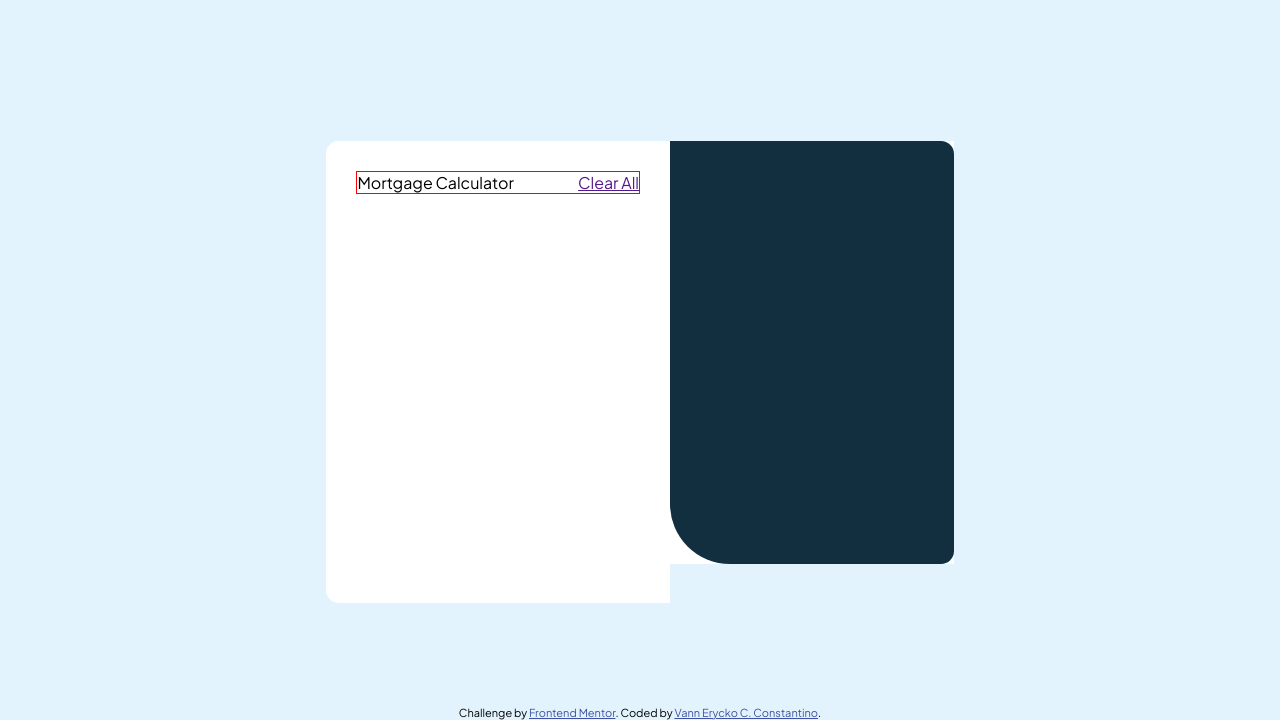
Repository: kocokoy/mortgage-repayment-calculator
Page: index.html
These files come from the project's save history. The page is drawn as it stood at one moment and after the next save; the edit follows.
The browser window is 1280 px wide. The pictures show the whole page.

Above is the page before, as saved 2024-10-29 10:11:53.

After the next save:
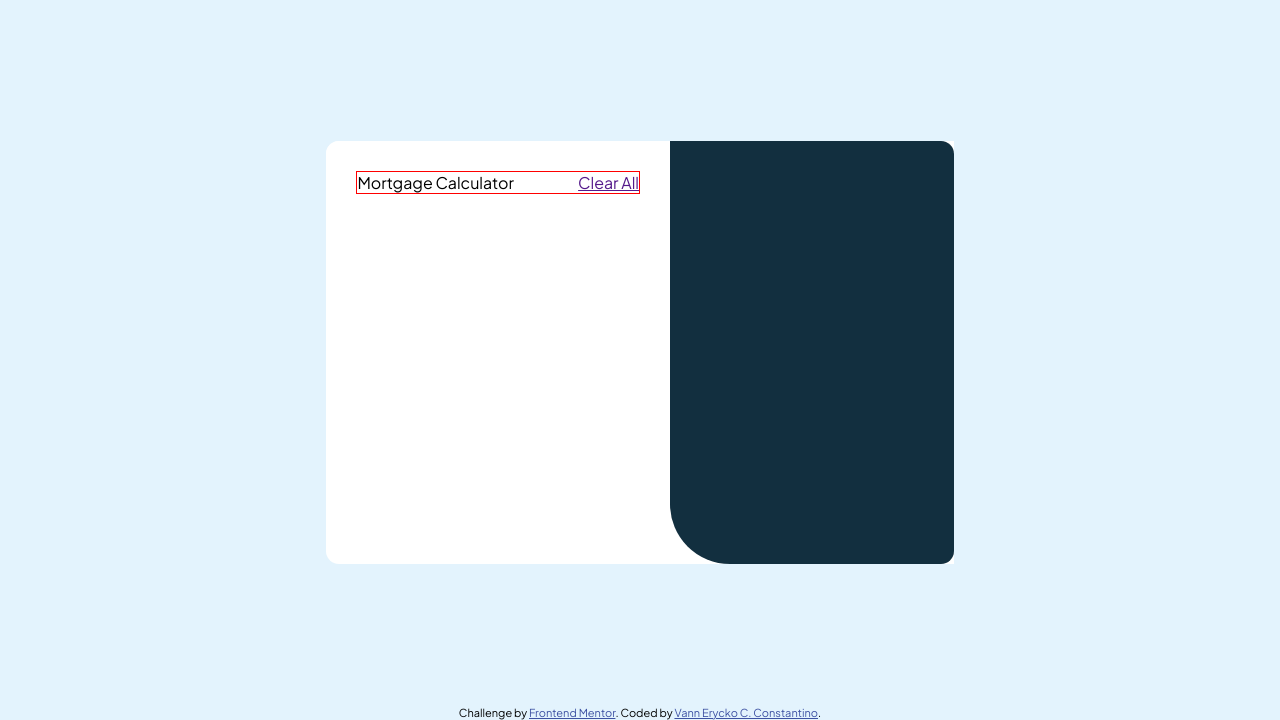
Saved 6 s later.
--- a/styles/style.css
+++ b/styles/style.css
@@ -46,7 +46,7 @@ body{
 
 }
 .mortgage-calculator-side{
-height: 95%;
+height: 85%;
 width: 50%;
 background-color: var(--white);
 border-bottom-left-radius: 13px;
